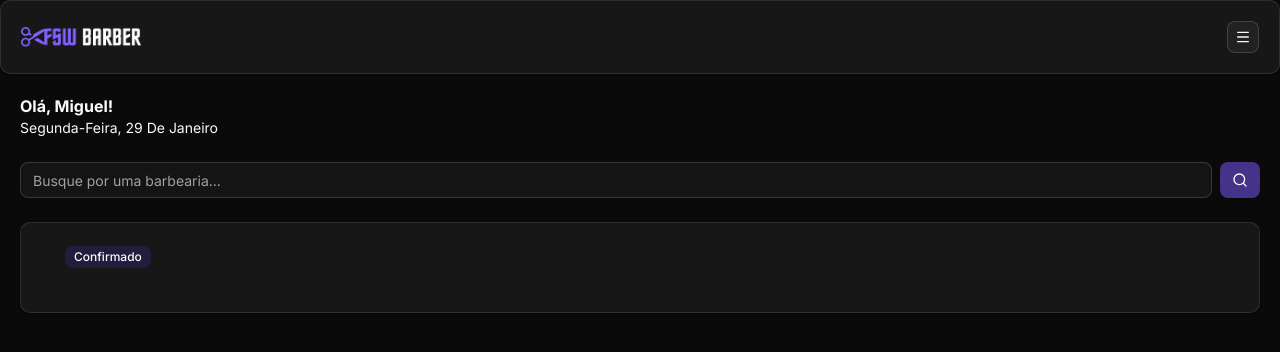
Repository: PaulinhoMachadooo/Barber
Page: /
The author's editor kept a copy of each file at every save. The page is drawn from the files as they stood at one save, then again after the next save.
The browser window is 1280 px wide. The pictures show the whole page.
The project was rebuilt for these pictures with package versions that can differ from the ones it lists, and the page was loaded fresh each time. The framework's server and built-in components were replaced by stand-ins that run in the browser. Also part of the build but not shown: next.config.ts.

Above is the page before, as saved 2025-04-13 18:27:22.

### app/layout.tsx
import type { Metadata } from "next";
import { Inter } from "next/font/google";
import "./globals.css";


const inter = Inter({ subsets: ["latin"] });

export const metadata: Metadata = {
  title: "Create Next App",
  description: "Generated by create next app",
};

export default function RootLayout({
  children,
}: Readonly<{
  children: React.ReactNode;
}>) {
  return (
    <html lang="en">
      <body className={`${inter.className} dark`}>
        {children}

      </body>
    </html>
  );
}

### app/(home)/page.tsx
// eslint-disable-next-line @typescript-eslint/no-unused-vars
import Image from "next/image";
import Header from "../_components/header";
import { format } from "date-fns";
import { ptBR } from "date-fns/locale";
import Search from "./_components/search";
import BookingItem from "../_components/booking-item";


export default function Home() {
  return (
    <div>
      <Header />

        <div className="px-5 pt-5">
          <h2 className="tex-xl font-bold">Olá, Miguel!</h2>
          <p className="capitalize text-sm">
            {format(new Date(), "EEEE',' dd 'de' MMMM", {
                locale: ptBR,
            })}
          </p>
        </div>

        <div className="px-5 mt-6">
          <Search />
        </div>

        <div className="px-5 mt-6">
            <BookingItem />
        </div>
    </div>
  );
}

### app/globals.css
@import "tailwindcss";
@import "tw-animate-css";

@custom-variant dark (&:is(.dark *));

@theme inline {
  --color-background: var(--background);
  --color-foreground: var(--foreground);
  --font-sans: var(--font-geist-sans);
  --font-mono: var(--font-geist-mono);
  --color-sidebar-ring: var(--sidebar-ring);
  --color-sidebar-border: var(--sidebar-border);
  --color-sidebar-accent-foreground: var(--sidebar-accent-foreground);
  --color-sidebar-accent: var(--sidebar-accent);
  --color-sidebar-primary-foreground: var(--sidebar-primary-foreground);
  --color-sidebar-primary: var(--sidebar-primary);
  --color-sidebar-foreground: var(--sidebar-foreground);
  --color-sidebar: var(--sidebar);
  --color-chart-5: var(--chart-5);
  --color-chart-4: var(--chart-4);
  --color-chart-3: var(--chart-3);
  --color-chart-2: var(--chart-2);
  --color-chart-1: var(--chart-1);
  --color-ring: var(--ring);
  --color-input: var(--input);
  --color-border: var(--border);
  --color-destructive: var(--destructive);
  --color-accent-foreground: var(--accent-foreground);
  --color-accent: var(--accent);
  --color-muted-foreground: var(--muted-foreground);
  --color-muted: var(--muted);
  --color-secondary-foreground: var(--secondary-foreground);
  --color-secondary: var(--secondary);
  --color-primary-foreground: var(--primary-foreground);
  --color-primary: var(--primary);
  --color-popover-foreground: var(--popover-foreground);
  --color-popover: var(--popover);
  --color-card-foreground: var(--card-foreground);
  --color-card: var(--card);
  --radius-sm: calc(var(--radius) - 4px);
  --radius-md: calc(var(--radius) - 2px);
  --radius-lg: var(--radius);
  --radius-xl: calc(var(--radius) + 4px);
}

:root {
  --radius: 0.625rem;
  --background: oklch(1 0 0);
  --foreground: oklch(0.145 0 0);
  --card: oklch(1 0 0);
  --card-foreground: oklch(0.145 0 0);
  --popover: oklch(1 0 0);
  --popover-foreground: oklch(0.145 0 0);
  --primary: oklch(0.205 0 0);
  --primary-foreground: oklch(0.985 0 0);
  --secondary: oklch(0.97 0 0);
  --secondary-foreground: oklch(0.205 0 0);
  --muted: oklch(0.97 0 0);
  --muted-foreground: oklch(0.556 0 0);
  --accent: oklch(0.97 0 0);
  --accent-foreground: oklch(0.205 0 0);
  --destructive: oklch(0.577 0.245 27.325);
  --border: oklch(0.922 0 0);
  --input: oklch(0.922 0 0);
  --ring: oklch(0.708 0 0);
  --chart-1: oklch(0.646 0.222 41.116);
  --chart-2: oklch(0.6 0.118 184.704);
  --chart-3: oklch(0.398 0.07 227.392);
  --chart-4: oklch(0.828 0.189 84.429);
  --chart-5: oklch(0.769 0.188 70.08);
  --sidebar: oklch(0.985 0 0);
  --sidebar-foreground: oklch(0.145 0 0);
  --sidebar-primary: oklch(0.205 0 0);
  --sidebar-primary-foreground: oklch(0.985 0 0);
  --sidebar-accent: oklch(0.97 0 0);
  --sidebar-accent-foreground: oklch(0.205 0 0);
  --sidebar-border: oklch(0.922 0 0);
  --sidebar-ring: oklch(0.708 0 0);
}

.dark {
  --background: oklch(0.145 0 0);
  --foreground: oklch(0.985 0 0);
  --card: oklch(0.205 0 0);
  --card-foreground: oklch(0.985 0 0);
  --popover: oklch(0.205 0 0);
  --popover-foreground: oklch(0.985 0 0);
  --primary: oklch(0.39 0.1349 287.34);
  --primary-foreground: oklch(0.985 0 0);
  --secondary: oklch(0.269 0 0);
  --secondary-foreground: oklch(0.985 0 0);
  --muted: oklch(0.269 0 0);
  --muted-foreground: oklch(0.708 0 0);
  --accent: oklch(0.269 0 0);
  --accent-foreground: oklch(0.985 0 0);
  --destructive: oklch(0.704 0.191 22.216);
  --border: oklch(1 0 0 / 10%);
  --input: oklch(1 0 0 / 15%);
  --ring: oklch(0.556 0 0);
  --chart-1: oklch(0.488 0.243 264.376);
  --chart-2: oklch(0.696 0.17 162.48);
  --chart-3: oklch(0.769 0.188 70.08);
  --chart-4: oklch(0.627 0.265 303.9);
  --chart-5: oklch(0.645 0.246 16.439);
  --sidebar: oklch(0.205 0 0);
  --sidebar-foreground: oklch(0.985 0 0);
  --sidebar-primary: oklch(0.488 0.243 264.376);
  --sidebar-primary-foreground: oklch(0.985 0 0);
  --sidebar-accent: oklch(0.269 0 0);
  --sidebar-accent-foreground: oklch(0.985 0 0);
  --sidebar-border: oklch(1 0 0 / 10%);
  --sidebar-ring: oklch(0.556 0 0);
}

@layer base {
  * {
    @apply border-border outline-ring/50;
  }
  body {
    @apply bg-background text-foreground;
  }
}

### app/_components/header.tsx
import Image from "next/image";
import { Card, CardContent } from "./ui/card"
import { Button } from "@/app/_components/ui/button";
import { MenuIcon } from "lucide-react";

const Header = () => {
    return (
        <Card>
            <CardContent className="p-5 justify-between items-center flex flex-row" >
                 <Image src="/logo.png" alt="FSW Barber" height={18} width={120} />
                 <Button variant="outline" size="icon" className="h-8 w-8">
                    <MenuIcon size={16} />
                 </Button>
            </CardContent>
        </Card>
     );
}

export default Header;

### app/(home)/_components/search.tsx
"use client";

import { Button } from "@/app/_components/ui/button";
import { Input } from "@/app/_components/ui/input";
import { SearchIcon } from "lucide-react";

const Search = () => {
    return (
        <div className="flex items-center gap-2">
           <Input placeholder="Busque por uma barbearia..."/>
           <Button variant="default" >
                <SearchIcon size={20} />
           </Button>
        </div>
     );
};

export default Search;

### app/_components/booking-item.tsx
import { Badge } from "./ui/badge";
import { Card, CardContent } from "./ui/card";


const  BookingItem = () => {
    return (
        <Card>
            <CardContent>
                <div className="p-5">
                    <Badge className="bg-[#221C3D]">Confirmado</Badge>
                </div>
            </CardContent>
        </Card>

     );
}




export default BookingItem;

### app/_components/ui/card.tsx
import * as React from "react"

import { cn } from "@/app/_lib/utils"

const Card = React.forwardRef<
  HTMLDivElement,
  React.HTMLAttributes<HTMLDivElement>
>(({ className, ...props }, ref) => (
  <div
    ref={ref}
    className={cn(
      "rounded-lg border bg-card text-card-foreground shadow-sm",
      className
    )}
    {...props}
  />
))
Card.displayName = "Card"

const CardHeader = React.forwardRef<
  HTMLDivElement,
  React.HTMLAttributes<HTMLDivElement>
>(({ className, ...props }, ref) => (
  <div
    ref={ref}
    className={cn("flex flex-col space-y-1.5 p-6", className)}
    {...props}
  />
))
CardHeader.displayName = "CardHeader"

const CardTitle = React.forwardRef<
  HTMLParagraphElement,
  React.HTMLAttributes<HTMLHeadingElement>
>(({ className, ...props }, ref) => (
  <h3
    ref={ref}
    className={cn(
      "text-2xl font-semibold leading-none tracking-tight",
      className
    )}
    {...props}
  />
))
CardTitle.displayName = "CardTitle"

const CardDescription = React.forwardRef<
  HTMLParagraphElement,
  React.HTMLAttributes<HTMLParagraphElement>
>(({ className, ...props }, ref) => (
  <p
    ref={ref}
    className={cn("text-sm text-muted-foreground", className)}
    {...props}
  />
))
CardDescription.displayName = "CardDescription"

const CardContent = React.forwardRef<
  HTMLDivElement,
  React.HTMLAttributes<HTMLDivElement>
>(({ className, ...props }, ref) => (
  <div ref={ref} className={cn("p-6 pt-0", className)} {...props} />
))
CardContent.displayName = "CardContent"

const CardFooter = React.forwardRef<
  HTMLDivElement,
  React.HTMLAttributes<HTMLDivElement>
>(({ className, ...props }, ref) => (
  <div
    ref={ref}
    className={cn("flex items-center p-6 pt-0", className)}
    {...props}
  />
))
CardFooter.displayName = "CardFooter"

export { Card, CardHeader, CardFooter, CardTitle, CardDescription, CardContent }

### app/_components/ui/button.tsx
import * as React from "react"
import { Slot } from "@radix-ui/react-slot"
import { cva, type VariantProps } from "class-variance-authority"

import { cn } from "@/app/_lib/utils"

const buttonVariants = cva(
  "inline-flex items-center justify-center gap-2 whitespace-nowrap rounded-md text-sm font-medium transition-all disabled:pointer-events-none disabled:opacity-50 [&_svg]:pointer-events-none [&_svg:not([class*='size-'])]:size-4 shrink-0 [&_svg]:shrink-0 outline-none focus-visible:border-ring focus-visible:ring-ring/50 focus-visible:ring-[3px] aria-invalid:ring-destructive/20 dark:aria-invalid:ring-destructive/40 aria-invalid:border-destructive",
  {
    variants: {
      variant: {
        default:
          "bg-primary text-primary-foreground shadow-xs hover:bg-primary/90",
        destructive:
          "bg-destructive text-white shadow-xs hover:bg-destructive/90 focus-visible:ring-destructive/20 dark:focus-visible:ring-destructive/40 dark:bg-destructive/60",
        outline:
          "border bg-background shadow-xs hover:bg-accent hover:text-accent-foreground dark:bg-input/30 dark:border-input dark:hover:bg-input/50",
        secondary:
          "bg-secondary text-secondary-foreground shadow-xs hover:bg-secondary/80",
        ghost:
          "hover:bg-accent hover:text-accent-foreground dark:hover:bg-accent/50",
        link: "text-primary underline-offset-4 hover:underline",
      },
      size: {
        default: "h-9 px-4 py-2 has-[>svg]:px-3",
        sm: "h-8 rounded-md gap-1.5 px-3 has-[>svg]:px-2.5",
        lg: "h-10 rounded-md px-6 has-[>svg]:px-4",
        icon: "size-9",
      },
    },
    defaultVariants: {
      variant: "default",
      size: "default",
    },
  }
)

function Button({
  className,
  variant,
  size,
  asChild = false,
  ...props
}: React.ComponentProps<"button"> &
  VariantProps<typeof buttonVariants> & {
    asChild?: boolean
  }) {
  const Comp = asChild ? Slot : "button"

  return (
    <Comp
      data-slot="button"
      className={cn(buttonVariants({ variant, size, className }))}
      {...props}
    />
  )
}

export { Button, buttonVariants }

### app/_components/ui/input.tsx
import * as React from "react"

import { cn } from "@/app/_lib/utils"

function Input({ className, type, ...props }: React.ComponentProps<"input">) {
  return (
    <input
      type={type}
      data-slot="input"
      className={cn(
        "file:text-foreground placeholder:text-muted-foreground selection:bg-primary selection:text-primary-foreground dark:bg-input/30 border-input flex h-9 w-full min-w-0 rounded-md border bg-transparent px-3 py-1 text-base shadow-xs transition-[color,box-shadow] outline-none file:inline-flex file:h-7 file:border-0 file:bg-transparent file:text-sm file:font-medium disabled:pointer-events-none disabled:cursor-not-allowed disabled:opacity-50 md:text-sm",
        "focus-visible:border-ring focus-visible:ring-ring/50 focus-visible:ring-[3px]",
        "aria-invalid:ring-destructive/20 dark:aria-invalid:ring-destructive/40 aria-invalid:border-destructive",
        className
      )}
      {...props}
    />
  )
}

export { Input }

### app/_components/ui/badge.tsx
import * as React from "react"
import { Slot } from "@radix-ui/react-slot"
import { cva, type VariantProps } from "class-variance-authority"

import { cn } from "@/app/_lib/utils"

const badgeVariants = cva(
  "inline-flex items-center justify-center rounded-md border px-2 py-0.5 text-xs font-medium w-fit whitespace-nowrap shrink-0 [&>svg]:size-3 gap-1 [&>svg]:pointer-events-none focus-visible:border-ring focus-visible:ring-ring/50 focus-visible:ring-[3px] aria-invalid:ring-destructive/20 dark:aria-invalid:ring-destructive/40 aria-invalid:border-destructive transition-[color,box-shadow] overflow-hidden",
  {
    variants: {
      variant: {
        default:
          "border-transparent bg-primary text-primary-foreground [a&]:hover:bg-primary/90",
        secondary:
          "border-transparent bg-secondary text-secondary-foreground [a&]:hover:bg-secondary/90",
        destructive:
          "border-transparent bg-destructive text-white [a&]:hover:bg-destructive/90 focus-visible:ring-destructive/20 dark:focus-visible:ring-destructive/40 dark:bg-destructive/60",
        outline:
          "text-foreground [a&]:hover:bg-accent [a&]:hover:text-accent-foreground",
      },
    },
    defaultVariants: {
      variant: "default",
    },
  }
)

function Badge({
  className,
  variant,
  asChild = false,
  ...props
}: React.ComponentProps<"span"> &
  VariantProps<typeof badgeVariants> & { asChild?: boolean }) {
  const Comp = asChild ? Slot : "span"

  return (
    <Comp
      data-slot="badge"
      className={cn(badgeVariants({ variant }), className)}
      {...props}
    />
  )
}

export { Badge, badgeVariants }

Loaded but not shown: app/_lib/utils.ts (common file)

After the next save:
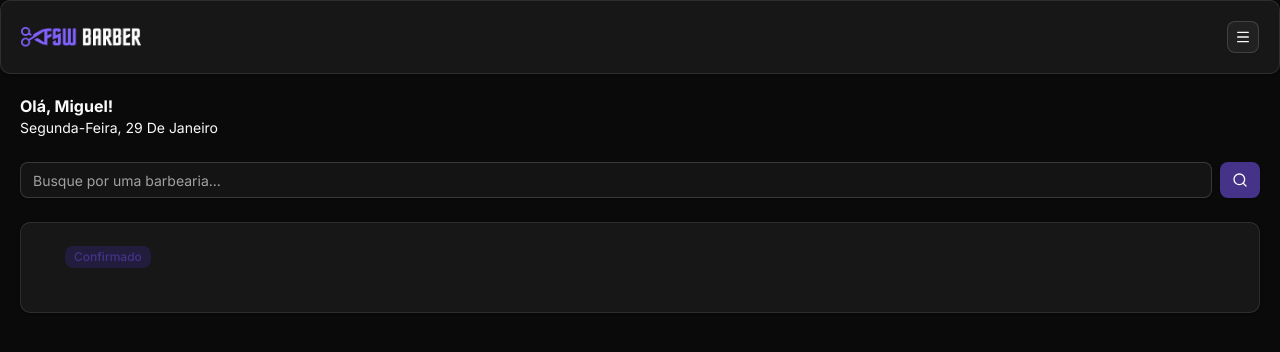
Saved 55 s later.
--- a/app/_components/booking-item.tsx
+++ b/app/_components/booking-item.tsx
@@ -7,7 +7,7 @@ const  BookingItem = () => {
         <Card>
             <CardContent>
                 <div className="p-5">
-                    <Badge className="bg-[#221C3D]">Confirmado</Badge>
+                    <Badge className="bg-[#221C3D] text-primary">Confirmado</Badge>
                 </div>
             </CardContent>
         </Card>
